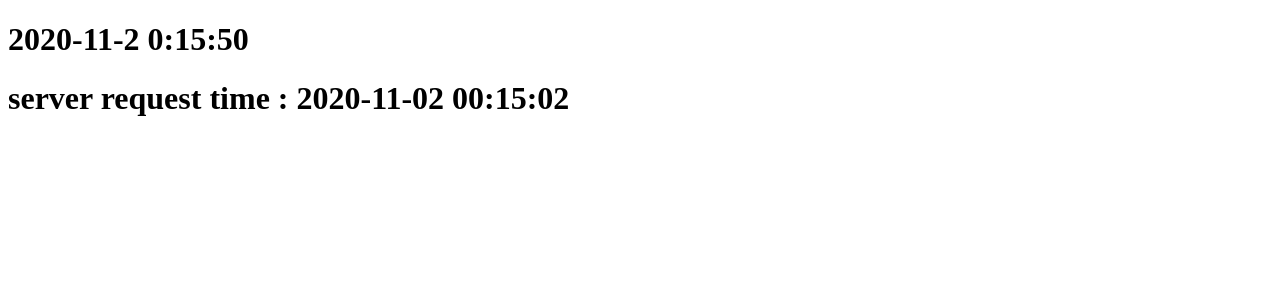
Repository: jjungee/DDIT-JSP
Page: http://localhost/JSP_JSTL/fmt/dateFormat.jsp
The author's editor kept a copy of each file at every save. The page is drawn from the files as they stood at one save, then again after the next save.
The browser window is 1280 px wide. The pictures show the whole page.
The page is served by Tomcat 9.

Above is the page before, as saved 2020-11-04 03:14:49.
Console error: TypeError: Cannot set properties of null (setting 'innerHTML')

After the next save:
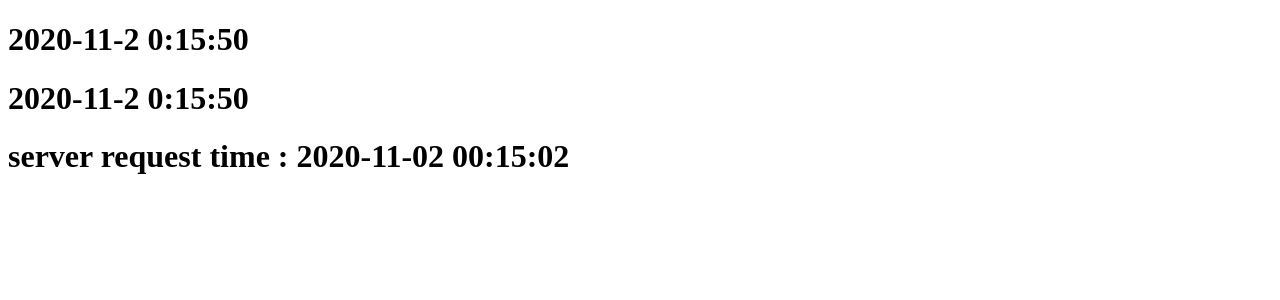
The error is gone.
Saved 12 s later.
--- a/JSP_JSTL/WebContent/fmt/dateFormat.jsp
+++ b/JSP_JSTL/WebContent/fmt/dateFormat.jsp
@@ -36,7 +36,7 @@
 				var currentStr = today.getFullYear()+"-"+(today.getMonth()+1)+"-"+today.getDate() + " "
 				+ today.getHours() + ":" + today.getMinutes() + ":" + today.getSeconds();
 
-				document.getElementById("current").innerHTML=currentStr
+				document.getElementById("currentTime").innerHTML=currentStr
 				})
 		</script>
 	</body>
